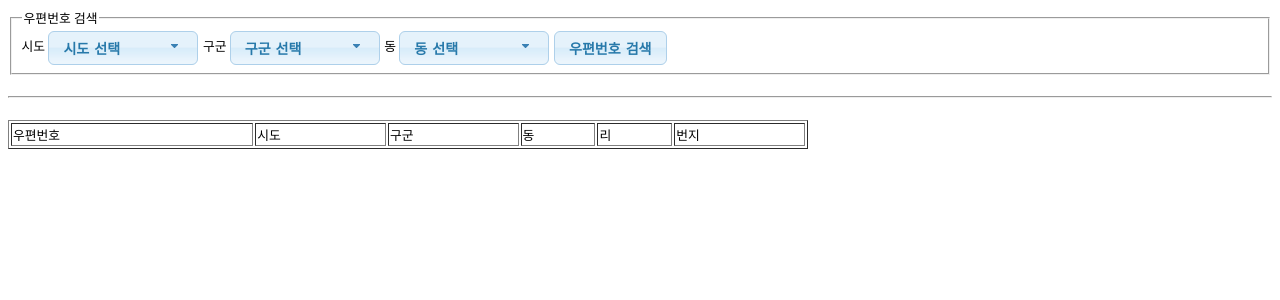
Repository: popconnect/jQuery
Page: http://localhost/jQueryUiEx03/zipcodeEx03.jsp
The author's editor kept a copy of each file at every save. The page is drawn from the files as they stood at one save, then again after the next save.
The browser window is 1280 px wide. The pictures show the whole page.
The page is served by Tomcat 9. Queries for data that is not in the repository find no rows.

Above is the page before, as saved 2023-05-17 06:51:12.

After the next save:
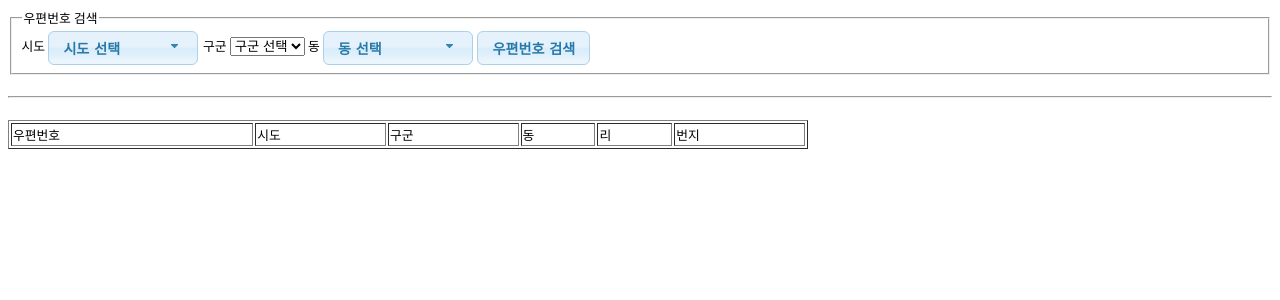
Saved 21 min 14 s later.
--- a/jQueryUiEx03/src/main/webapp/zipcodeEx03.jsp
+++ b/jQueryUiEx03/src/main/webapp/zipcodeEx03.jsp
@@ -16,7 +16,7 @@
 <script type="text/javascript">
 	//버튼 이벤트
 	$(document).ready(function() {
-		$('#sido, #gugun, #dong').selectmenu({
+		$('#sido, #dong').selectmenu({
 			width: 150,
 		});
 

After the save that followed:
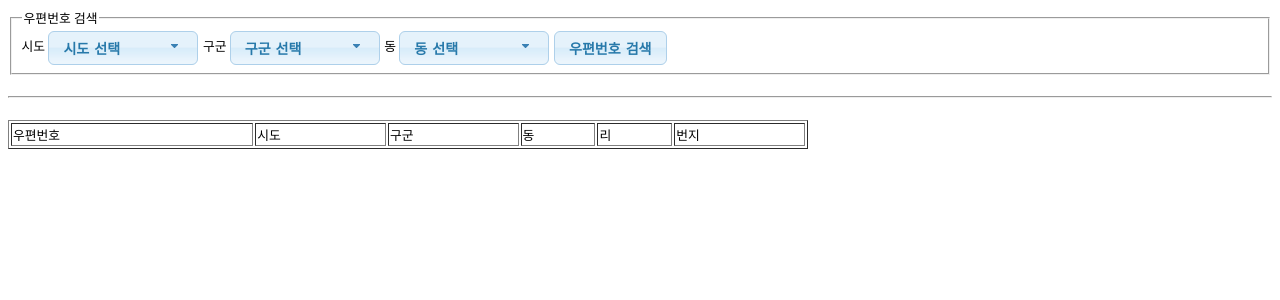
Saved 12 s later.
--- a/jQueryUiEx03/src/main/webapp/zipcodeEx03.jsp
+++ b/jQueryUiEx03/src/main/webapp/zipcodeEx03.jsp
@@ -16,7 +16,7 @@
 <script type="text/javascript">
 	//버튼 이벤트
 	$(document).ready(function() {
-		$('#sido, #dong').selectmenu({
+		$('#sido, #gugun, #dong').selectmenu({
 			width: 150,
 		});
 
